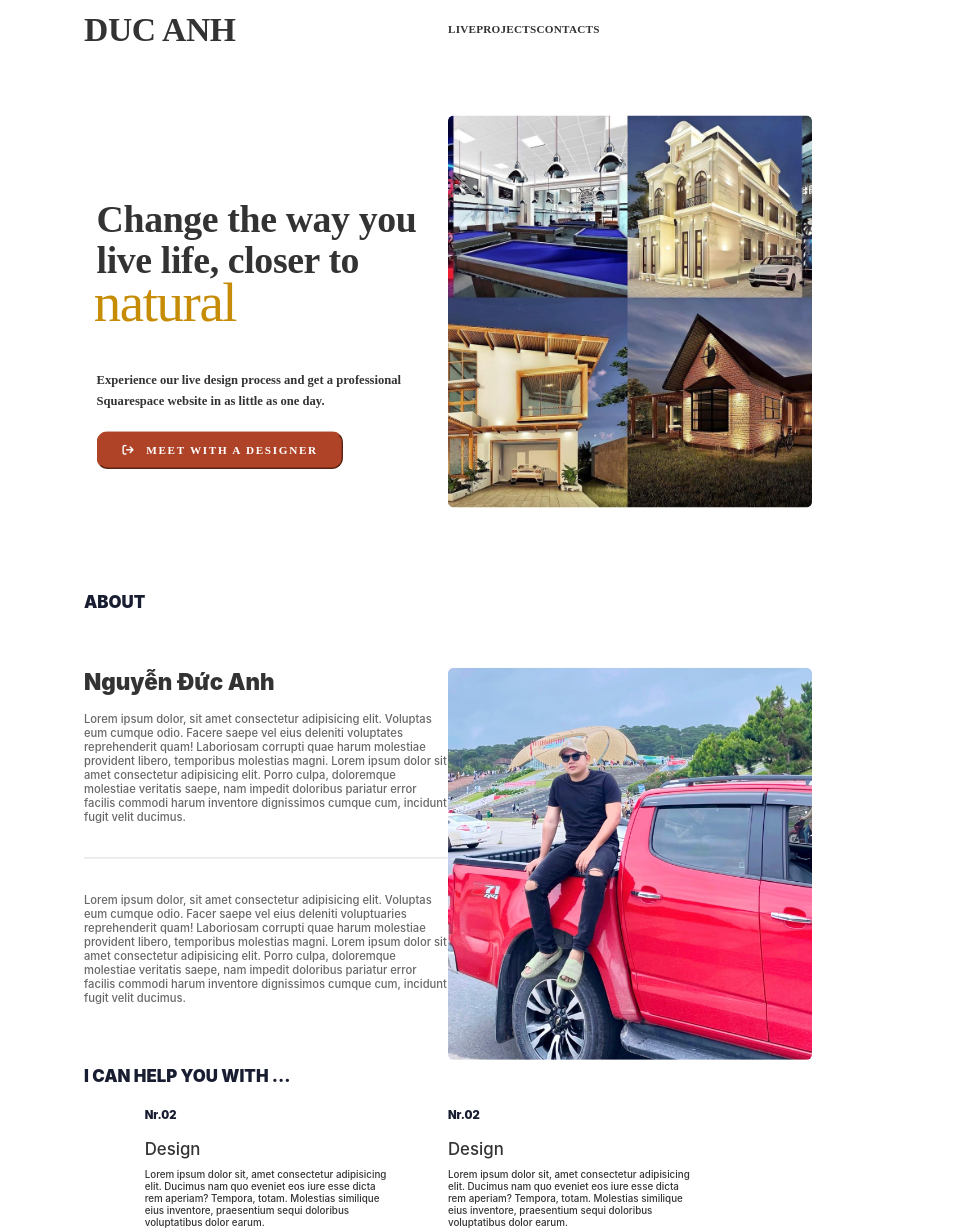
Repository: Ethanxcode/DucAnhNguyen
Page: index.html
An editor plug-in stored every save of this project. The page is shown before and after the next save, followed by the edit.
The browser window is 1280 px wide. The page is 1280 px wide, then 1400 px, so the pictures cover 1400 px, including what lies to the right of the window. The pictures show the part of the page from y = 0 to 1760 px (the page is 4972 px tall before and 4948 px after), at 70% of full size.

Above is the page before, as saved 2023-02-08 02:07:30.

### index.html
<!DOCTYPE html>
<html lang="en">

<head>
	<meta charset="UTF-8" />
	<meta http-equiv="X-UA-Compatible" content="IE=edge" />
	<meta name="viewport" content="width=device-width, initial-scale=1.0" />
	<link rel="stylesheet" href="./style.css" />
	<link rel="stylesheet" href="https://cdnjs.cloudflare.com/ajax/libs/font-awesome/6.2.1/css/all.min.css" />
	<!-- <link rel="stylesheet" type="text/css" href="/css/fonts.css" /> -->
	<link rel="stylesheet" href="./Assets/font/sofia-pro-cufonfonts-webfont/style.css">
	<title>DucAnhNguyen</title>
</head>

<body>
	<div id="root">

			<header class=" container  content-above col-12">
				<ul class="headerMenu">
					<li>
						<a href="">
							<h2 class="textLogo">Duc Anh</h2>
						</a>
					</li>
					<li>
								<ul class="subHeaderMenu">

									<li>
										<a href="#" class="inter-black-iron-16px">Live</a>
									</li>
									<li>
										<a href="#" class="inter-black-iron-16px">Projects</a>
									</li>
									<li>
										<a href="#" class="inter-black-iron-16px">Contacts</a>
									</li>
								</ul>
					</li>
					<li><button id="burgerMenu" onclick="openBurgerMenu()"><i class="fa-solid fa-bars "></i></button></li>
				</ul>
			</header>
		<section class="container header">
			<section class="row">
				<div class="col-6" style="float: left; padding: 0 18px;">
					<h1 class="heroTitle">
					Change the way you live life, closer to <strong>natural</strong>
				</h1>
				<h3 style="white-space: pre-wrap">Experience our live design process and get a professional Squarespace website in as little as one day.
				</h3>
				<button class="btn inter-black-almod-16px">
					<i class="icon-margin-8px fa-solid fa-arrow-right-from-bracket"></i>
					Meet with a designer
				</button>
				</div>
				<!-- <p class="childrenSubNav">Modular, sustainable, premium.</p> -->
				<!-- <div class="col-6">
					<img src="./Assets/241194850_2108411145980762_7904081432669109629_n.jpg" class="bg-image-holder"></img>
				</div> -->
				<div class="col-6 col-s-12 ">
					<img src="./Assets/241194850_2108411145980762_7904081432669109629_n.jpg" alt="" style="
								height: 560px;
								width: 100%;
								object-fit: cover;
								border-radius: 8px;
								float: right;
							" />
				</div>
			</section>


		</section>

		<section class="AboutSection container">
			<header class="HeaderSection">
				<div class="HeaderSectionMenu col-12">

						<h4 class="inter-black-eerie-black-24px">About</h4>


				</div>
			</header>
			<div class="row Aboutcontent">
				<div class="col-6 col-s-12">
					<h1 class="nameTitle">Nguyễn Đức Anh</h1>
					<p class="margin-top-24px inter-medium-tundora-16px">
						Lorem ipsum dolor, sit amet consectetur adipisicing elit. Voluptas
						eum cumque odio. Facere saepe vel eius deleniti voluptates
						reprehenderit quam! Laboriosam corrupti quae harum molestiae
						provident libero, temporibus molestias magni. Lorem ipsum dolor
						sit amet consectetur adipisicing elit. Porro culpa, doloremque
						molestiae veritatis saepe, nam impedit doloribus pariatur error
						facilis commodi harum inventore dignissimos cumque cum, incidunt
						fugit velit ducimus.
					</p>
					<hr>
					<p class="inter-medium-tundora-16px">
						Lorem ipsum dolor, sit amet consectetur adipisicing elit. Voluptas
						eum cumque odio. Facer saepe vel eius deleniti voluptuaries
						reprehenderit quam! Laboriosam corrupti quae harum molestiae
						provident libero, temporibus molestias magni. Lorem ipsum dolor
						sit amet consectetur adipisicing elit. Porro culpa, doloremque
						molestiae veritatis saepe, nam impedit doloribus pariatur error
						facilis commodi harum inventore dignissimos cumque cum, incidunt
						fugit velit ducimus.
					</p>

				</div>
				<div class="col-6 col-s-12 ">
					<img src="./Assets/P1.jpg" alt="" style="
								height: 560px;
								width: 100%;
								object-fit: cover;
								border-radius: 8px;
								float: right;
							" />
				</div>
			</div>
			<div class="row">
				<p class="inter-black-eerie-black-24px ">
					I CAN HELP YOU WITH ...
				</p>
			</div>
			<div class="margin-top-24px subAboutContent row">

				<div class="col-4 col-s-12">
					<h4 class="inter-black-eerie-black-16px">Nr.02</h4>
					<h3 class="inter-medium-black-24px">Design</h3>
					<p class="inter-medium-black-14px">
						Lorem ipsum dolor sit, amet consectetur adipisicing elit. Ducimus
						nam quo eveniet eos iure esse dicta rem aperiam? Tempora, totam.
						Molestias similique eius inventore, praesentium sequi doloribus
						voluptatibus dolor earum.
					</p>
				</div>
				<div class="col-4 col-s-12">
					<h4 class="inter-black-eerie-black-16px">Nr.02</h4>
					<h3 class="inter-medium-black-24px">Design</h3>
					<p class="inter-medium-black-14px">
						Lorem ipsum dolor sit, amet consectetur adipisicing elit. Ducimus
						nam quo eveniet eos iure esse dicta rem aperiam? Tempora, totam.
						Molestias similique eius inventore, praesentium sequi doloribus
						voluptatibus dolor earum.
					</p>
				</div>
			</div>
		</section>

		<section class="slideSection container">
			<header class="HeaderSection">
				<div class="HeaderSectionMenu col-12 ">
					<h4 class="inter-black-eerie-black-24px">Projects & Galleries</h4>
			</div>
			</header>
			<div class="slideshow-container col-12 col-s-12">
				<!-- Full-width images with number and caption text -->
				<div class="mySlides fade">
					<!-- <div class="numbertext">1 / 4</div> -->
					<img src="Assets/311601869_1307089786709169_3065254316628902188_n.jpg" style="width: 100%" />
					<!-- <div class="text">Caption Text</div> -->
				</divdiv/div
				<div class="mySlides fade">
					<!-- <div class="numbertext">2 / 4</div> -->
					<img src="Assets/91572249_1631208343701047_2964735174748667904_n.jpg" style="width: 100%" />
					<!-- <div class="text">Caption Two</div> -->
				</div>

				<div class="mySlides fade">
					<!-- <div class="numbertext">3 / 4</div> -->
					<img src="Assets/241194850_2108411145980762_7904081432669109629_n.jpg" style="width: 100%" />
					<!-- <div class="text">Caption Three</div> -->
				</div>
				<div class="mySlides fade">
					<!-- <div class="numbertext">4 / 4</div> -->
					<img src="Assets/159825492_1943519125803299_9126036899379787784_n.jpg" style="width: 100%" />
					<!-- <div class="text">Caption four</div> -->
				</div>

				<!-- Next and previous buttons -->
				<a class="prev" onclick="plusSlides(-1)">&#10094;</a>
				<a class="next" onclick="plusSlides(1)">&#10095;</a>
				<div style="
							align-items: center;
							display: flex;
							/* width: 90%; */
							border-radius: 4px;
							margin: 24px 64px 0 64px;
							max-height: 4px;
							background-color: var(--pablo);
						">
					<span class="dot" onclick="currentSlide(1)"></span>
					<span class="dot" onclick="currentSlide(2)"></span>
					<span class="dot" onclick="currentSlide(3)"></span>
					<span class="dot" onclick="currentSlide(4)"></span>
				</div>
			</div>
		</section>

		<section class="gallerySection container">
			<!-- <header class="HeaderSection">
				<div class="HeaderSectionMenu col-12">

						<h4 class="inter-black-eerie-black-18px">Gallery</h4>


				</div>
			</header> -->
			<div class="row galleryContent">
				<div class="col-6 col-s-12">
					<img src="./Assets/241194850_2108411145980762_7904081432669109629_n.jpg" alt=""  />
				</div>
				<div class="col-6 col-s-12">
					<img src="./Assets/311601869_1307089786709169_3065254316628902188_n.jpg" alt="" />
				</div>
				<button class="btn  margin-top-24px">
					Learn more
				</button>
			</div>


	</div>
	</section>

	<section class="contactSection container">
		<header class="HeaderSection">
				<div class="HeaderSectionMenu col-12">

						<h4 class="inter-black-eerie-black-24px">Contact</h4>


				</div>
			</header>
		<!-- <header class="HeaderSection">
			<div class="HeaderSectionMenu col-12">

					<h4 class="inter-black-eerie-black-18px"></h4>

				<ul class="subSectionMenu">
					<>
						<h4 class="inter-black-eerie-black-18px">Why Ark-Shelter</h4>
						</li>
						<li>
							<h4 class="inter-black-eerie-black-18px">Back to nature</h4>
						</li>
				</ul>
			</div>
		</header> -->
		<div class="row contactContent">
			<div class="subContactContent col-12 col-s-12">
				<img src="./Assets/P1.jpg" class="circleLogo" alt="">
				<h1 class="bigNameTitle">Let's work <br> together</h1>
			</div>
			<div class="row col-12 " style="padding-bottom: 48px;">
				<hr style="max-width: 100%;">
				<div class="circleCanvas">
					<canvas id="myCanvas" width="180" height="180" ></canvas>
					<span class="">Get in touch</span>
				</div>
			</div>
			<div class="subChildContactContent col-5">
				<button class="btn inter-black-almod-16px  margin-top-24px">
					NguyenDucAnh123@gmail.com
				</button>
				<button class="btn inter-black-almod-16px  margin-top-24px">
					+84867833989
				</button>
			</div>


		</div>


		<!-- <p class="ask">Contact form? Below <i class="fa-solid fa-hand-point-down"></i></p> -->
		<div class="formtoMail">
			<h1 class="showGuideTitle margin-top-80px">Let us know how we can help you.</h1>
		<div class="formSubmit row margin-top-24px">
			<ul class="col-6 ">
				<li><input class="inter-medium-tundora-14px-2" placeholder="First Name" type="text"></li>
				<li><input class="inter-medium-tundora-14px-2" placeholder="Email" type="text"></li>
				<li><input class="inter-medium-tundora-14px-2" placeholder="Country" type="text"></li>
			</ul>
			<ul class="col-6 ">
				<li><input class="inter-medium-tundora-14px-2" placeholder="Last Name" type="text"></li>
				<li><input class="inter-medium-tundora-14px-2" placeholder="Phone Number" type="text"></li>
				<li><input class="inter-medium-tundora-14px-2" placeholder="Subject" type="text"></li>
			</ul>
			<div class="row">
				<textarea placeholder="Your message" class="inter-medium-tundora-14px-2" name="message" id="myMessage"
					cols="180" rows="8"></textarea>
			</div>
		</div>

		</div>
		<button class="btn fullFilshortBtn margin-top-24px">Send message!</button>
	</section>



	<footer class="FooterSection ">
		<section class="container">
			<div class="row footerContent" >
				<div class="col-4 subFooterContent">
					<h4 class=" margin-bottom-24px">Sitemap</h4>
					<ul>
						<li><a href="#">Home</a></li>
						<li><a href="#">Live</a></li>
						<li><a href="#">Work</a></li>
						<li><a href="#">Projects</a></li>
						<li><a href="#">Career</a></li>
						<li><a href="#">Contact</a></li>

					</ul>
				</div>

				<div class="col-4 subFooterContent">
					<h4 class=" margin-bottom-24px">Sitemap</h4>
					<ul>
						<li><a href="#">FQA</a></li>
						<li><a href="#">Privacy Policy</a></li>

					</ul>
				</div>

				<div class="col-4 subFooterContent">
					<h4 class=" margin-bottom-24px">Sitemap</h4>
					<ul>
						<li>
							<p>We will send you updates on new products and discounts.</p>
						</li>
						<li><input class="inter-medium-tundora-14px-2" placeholder="Email" type="text"></li>
					</ul>

				</div>
				<div class="col-four" style="width: 100%; margin-top: 24px;">
					<div class="mapouter">
						<div class="gmap_canvas"><iframe
								src="https://maps.google.com/maps?q=51%20%C4%90%C6%B0%E1%BB%9Dng%20183,%20B%C3%ACnh%20M%E1%BB%B9,%20C%E1%BB%A7%20Chi,%20Th%C3%A0nh%20ph%E1%BB%91%20H%E1%BB%93%20Ch%C3%AD%20Minh,%20Vietnam&amp;t=&amp;z=13&amp;ie=UTF8&amp;iwloc=&amp;output=embed"
								id="gmap_canvas" frameborder="0" scrolling="no"
								style="height: 240px; width: 100%; border-radius: 4px;"></iframe><a></a>
						</div>
					</div>
				</div>
				<ul class="footerIcons">
					<li><a href="#"><i class="fa-brands fa-facebook"></i></a></li>
					<li><a href="#"><i class="fa-brands fa-twitter"></i></a></li>
					<li><a href="#"><i class="fa-brands fa-linkedin"></i></a></li>
					<li><a href="#"><i class="fa-brands fa-pinterest"></i></a></li>

				</ul>
			</div>
			</div>
		</section>
		<footer class="footerCopyright">
			<p>all rights reserved @ 2023</p>
		</footer>
	</footer>

	</div>
	<script src="script.js"></script>
</body>

</html>

Loaded but not shown: script.js (87 lines, source omitted); style.css (1278 lines, source omitted)

After the next save:
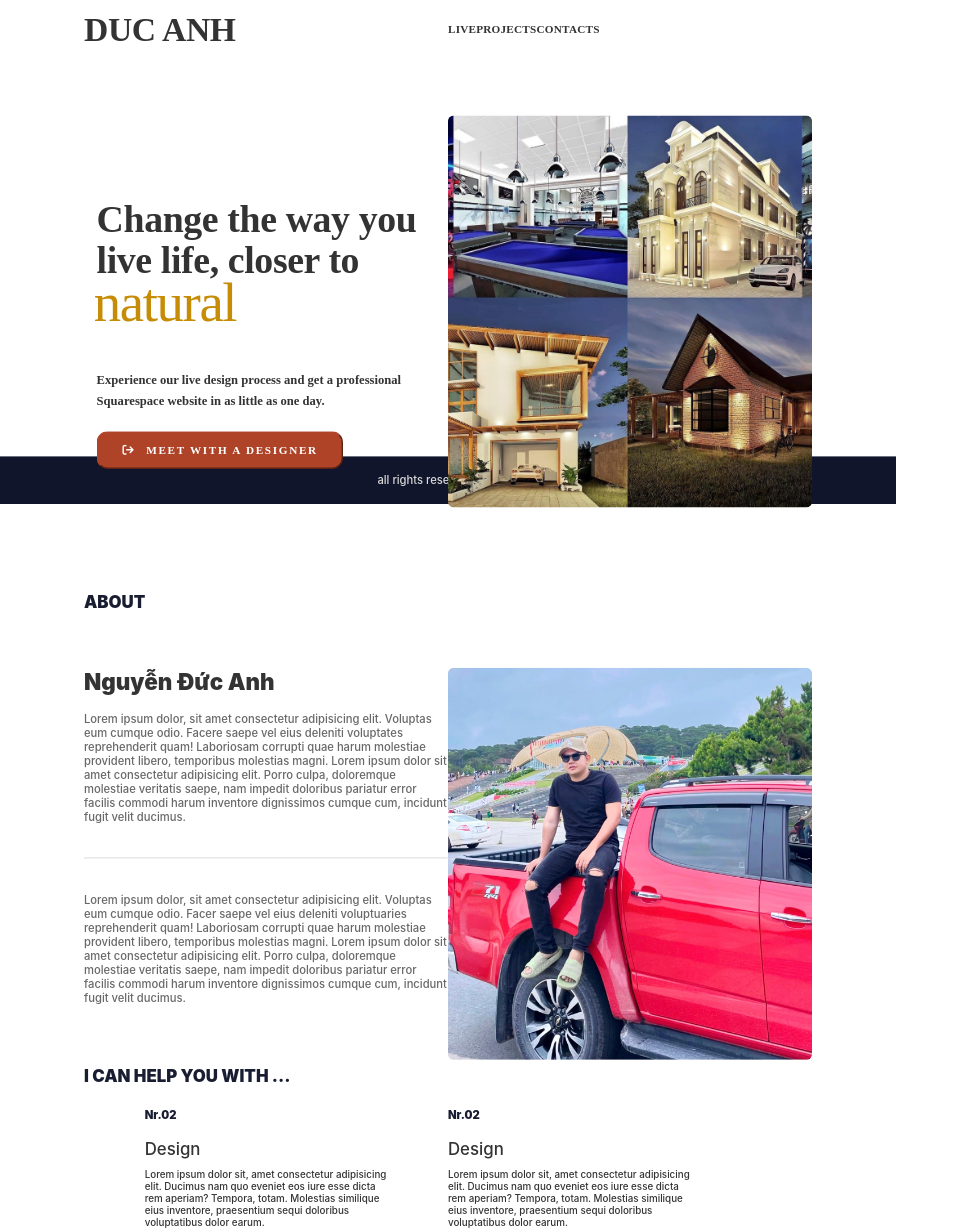
Saved 42 s later.
--- a/index.html
+++ b/index.html
@@ -217,10 +217,7 @@
 			</div>
 
 
-	</div>
-	</section>
-
-	<section class="contactSection container">
+				<section class="contactSection container">
 		<header class="HeaderSection">
 				<div class="HeaderSectionMenu col-12">
 
@@ -353,6 +350,9 @@
 			<p>all rights reserved @ 2023</p>
 		</footer>
 	</footer>
+	</section>
+	</div>
+
 
 	</div>
 	<script src="script.js"></script>
